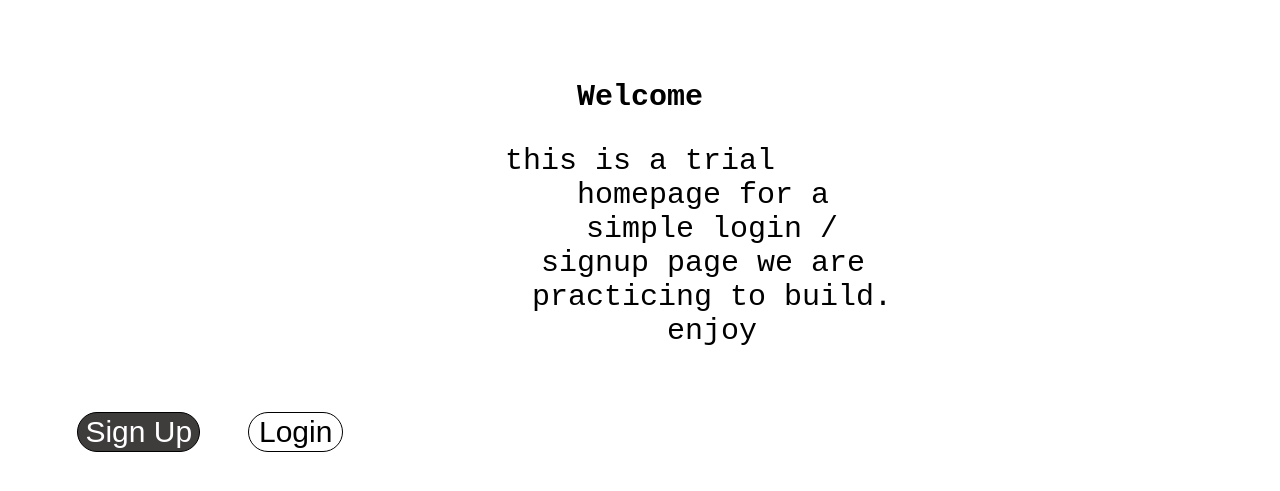
Repository: yhung004/TUTORIAL_PAGE
Page: home.html
These files come from the project's save history. The page is drawn as it stood at one moment and after the next save; the edit follows.
The browser window is 1280 px wide. The pictures show the whole page.

Above is the page before, as saved 2024-04-10 01:57:57.

### home.html
<!DOCTYPE html>
<html lang="en">
<head>
    <meta charset="UTF-8">
    <meta name="viewport" content="width=device-width, initial-scale=1.0">
    <title>Document</title>
    <link rel="stylesheet" href="main.css">
</head>
<body>
    <h3 class="welcome">Welcome</h3>
    <pre class="welcome_text">this is a trial
        homepage for a
        simple login /
        signup page we are
        practicing to build.
        enjoy
    </pre>
    <button class="button_a">
       <a href="#" class="button_a1">Login</a>
    </button>
    <button class="button_b">
        <a href="#" class="button_b1">Sign Up</a>
    </button>
</body>
</html>

### main.css
.welcome{
    text-align: center;
    font-family: 'Courier New', Courier, monospace;
    font-size: 30px;
    margin-top: 80px;
}
.welcome_text {
    text-align:center;
    font-family: 'Courier New', Courier, monospace;
    font-size: 30px;
}
.button_a {
    position: relative;
    margin: 0 -200px 0 240px;
    border: 1px solid black;
    background-color:white;
    border-radius: 20px;
    font-size: 30px;
    padding: 2px 10px 2px 10px;
}
.button_b {
    position: relative;
    right: 70px;
    border : 1px solid black;
    border-radius: 20px;
    background-color: rgb(63, 60, 60);
    color:white;
    font-size: 30px;
    padding: 2px 7px 2px 7px;
}
a.button_b1 {
    text-decoration: none;
    color:white;
}
a.button_a1 {
    text-decoration:none;
    color:black;
}

After the next save:
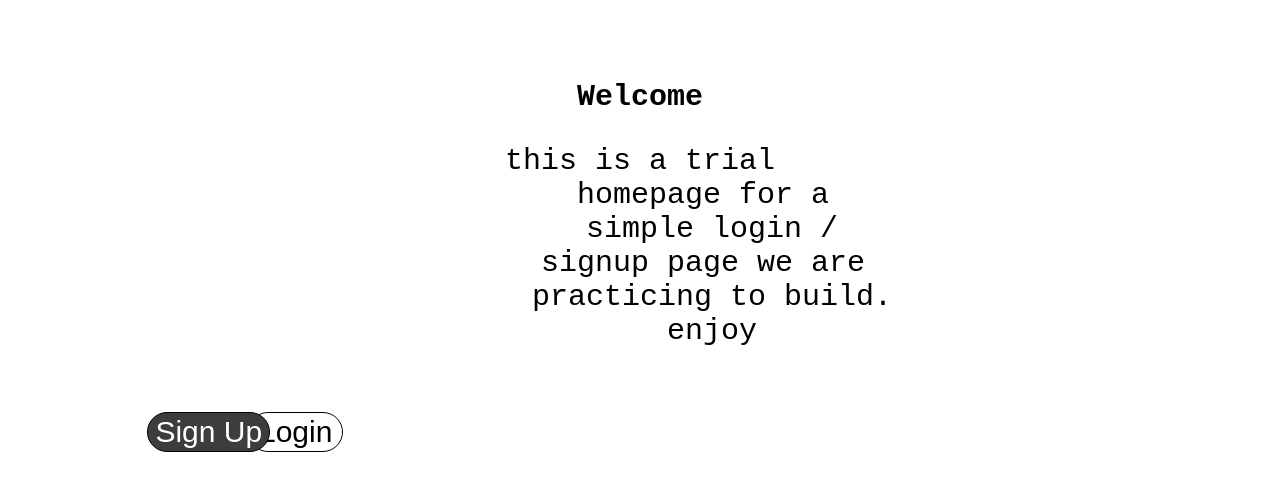
Saved 6 s later.
--- a/main.css
+++ b/main.css
@@ -20,7 +20,7 @@
 }
 .button_b {
     position: relative;
-    right: 70px;
+    right: 0px;
     border : 1px solid black;
     border-radius: 20px;
     background-color: rgb(63, 60, 60);
